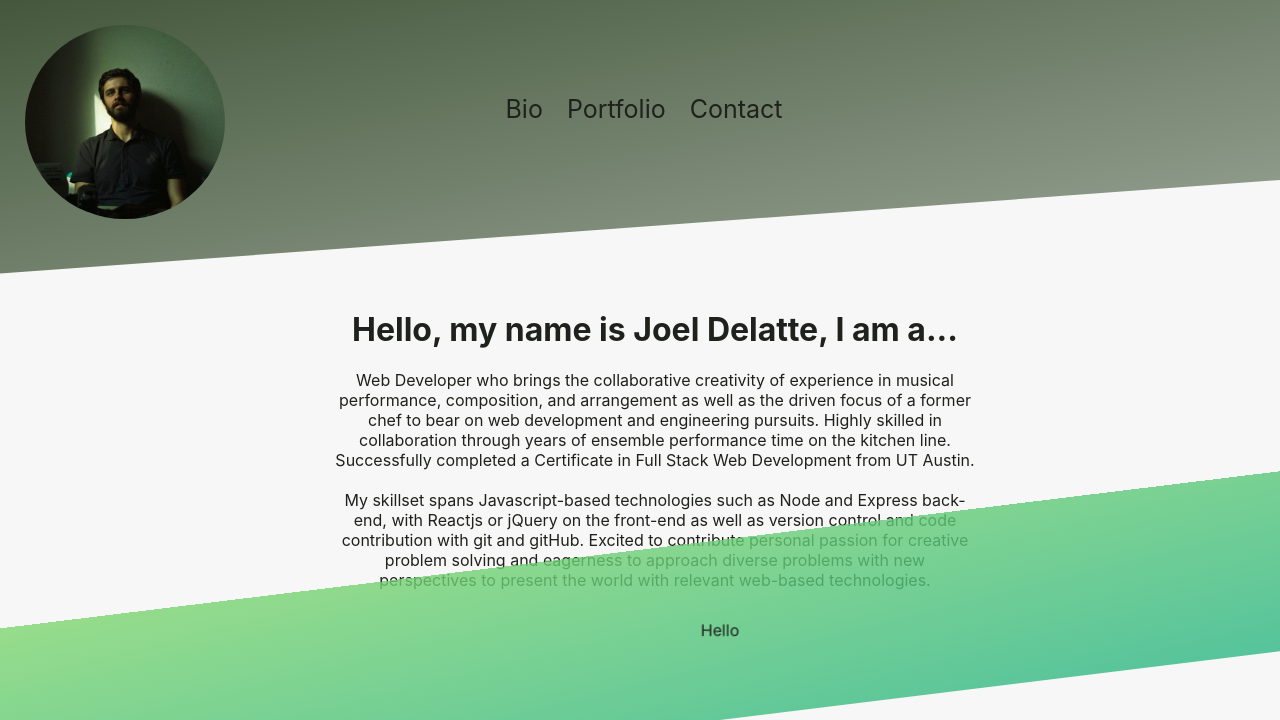
Repository: joeldelatte/react-portfolio
Page: / (app in client/)
The author's editor kept a copy of each file at every save. The page is drawn from the files as they stood at one save, then again after the next save.
The browser window is 1280 px wide. The pictures show the whole page.
The project was rebuilt for these pictures with package versions that can differ from the ones it lists, and the page was loaded fresh each time. Also part of the build but not shown: client/src/App.css, client/src/Components/Contact/Contact.js, client/src/Components/Portfolio/portfolio.css, client/src/Components/Portfolio/Portfolio.js.

Above is the page before, as saved 2020-07-08 12:12:17.

### client/public/index.html
<!doctype html>
<html lang="en">
  <head>
    <meta charset="utf-8">
    <meta name="viewport" content="width=device-width, initial-scale=1, shrink-to-fit=no">
    <meta name="theme-color" content="#000000">
    <!--
      manifest.json provides metadata used when your web app is added to the
      homescreen on Android. See https://developers.google.com/web/fundamentals/engage-and-retain/web-app-manifest/
    -->
    <link rel="manifest" href="%PUBLIC_URL%/manifest.json">
    <link rel="shortcut icon" href="%PUBLIC_URL%/favicon.ico">
    <!--
      Notice the use of %PUBLIC_URL% in the tags above.
      It will be replaced with the URL of the `public` folder during the build.
      Only files inside the `public` folder can be referenced from the HTML.

      Unlike "/favicon.ico" or "favicon.ico", "%PUBLIC_URL%/favicon.ico" will
      work correctly both with client-side routing and a non-root public URL.
      Learn how to configure a non-root public URL by running `npm run build`.
    -->
    <title>Joel Delatte</title>
  </head>
  <body>
    <noscript>
      You need to enable JavaScript to run this app.
    </noscript>
    <div id="root"></div>
    <!--
      This HTML file is a template.
      If you open it directly in the browser, you will see an empty page.

      You can add webfonts, meta tags, or analytics to this file.
      The build step will place the bundled scripts into the <body> tag.

      To begin the development, run `npm start` or `yarn start`.
      To create a production bundle, use `npm run build` or `yarn build`.
    -->
  </body>
</html>

### client/src/index.css
body {
  margin: 0;
  font-family: -apple-system, BlinkMacSystemFont, 'Segoe UI', 'Roboto', 'Oxygen',
    'Ubuntu', 'Cantarell', 'Fira Sans', 'Droid Sans', 'Helvetica Neue',
    sans-serif;
  -webkit-font-smoothing: antialiased;
  -moz-osx-font-smoothing: grayscale;
  background-color: rgb(247, 247, 247);
  color: rgb(31,33,28);
}

code {
  font-family: source-code-pro, Menlo, Monaco, Consolas, 'Courier New',
    monospace;
}

### client/src/App.js
import React from 'react';
import {BrowserRouter as Router, Route, Switch, Link} from "react-router-dom";
import './App.css';
import Bio from "./Components/Bio/Bio";
import Nav from "./Page/Nav";
import Contact from "./Components/Contact/Contact";
import Portfolio from "./Components/Portfolio/Portfolio";
import Footer from "./Page/Footer";

export default function App() {
  return (
    <>
      <Router>
        <Nav />
        <Switch>
          <Route exact path="/">
            <Bio />
          </Route>
          <Route exact path="/contact">
            <Contact />
          </Route>
          <Route exact path="/portfolio">
            <Portfolio />
          </Route>
        </Switch>
        <Footer />
      </Router>
    </>
  );
}

### client/src/Components/Bio/Bio.js
import React from "react";
import "./bio.css";

export default function Bio() {

    return (
        <div className="container">
          <div className="bio">
            <h1>Hello, my name is Joel Delatte, I am a...</h1>
            <p>Web Developer who brings the collaborative creativity of experience in musical performance, composition, and
              arrangement as well as the driven focus of a former chef to bear on web development and engineering pursuits.
              Highly skilled in collaboration through years of ensemble performance time on the kitchen line.
              Successfully completed a Certificate in Full Stack Web Development from UT Austin.
              <br></br>
              <br></br>
              My skillset spans Javascript-based technologies such as Node and Express back-end, with Reactjs or
              jQuery on the front-end as well as version control and code contribution with git and gitHub.
              Excited to contribute personal passion for creative problem solving and eagerness to approach diverse
              problems with new perspectives to present the world with relevant web-based technologies.
            </p>
          </div>
        </div>
    )
}

### client/src/Page/Nav.js
import React from "react";
import {BrowserRouter as Router, Route, Switch, Link} from "react-router-dom";
import Avatar from "./Avatar";
import "./Page.css";

function Nav () {
    return (
      <div className="header">
        <Avatar />
        <div className="nav">
          <Link to="/">Bio</Link>
          <Link to="/portfolio">Portfolio</Link>
          <Link to="/contact">Contact</Link>
        </div>
      </div>
    );
};

export default Nav;

### client/src/Page/Footer.js
import React from "react";
// import { BrowserRouter as Router, Route, Switch, Link } from "react-router-dom";
import "./Page.css";

function Footer() {
  return (
    <div className="footer">
      <footer>
          Hello
      </footer>
    </div>
  );
}

export default Footer;

### client/src/Components/Bio/bio.css
.container {
    position: relative;
}

.bio {
    max-width: 50%;
    padding: 15px;
    max-width: 50%;
    position: absolute;
    top: 40%;
    left: 25%;
    text-align: center;
}

.bio p {
    text-align: center;
}


    @media only screen and (max-width: 768px) {
        .viewContainer {
            margin-left: 110px;
        }
    }

### client/src/Page/Avatar.js
import React from "react";
import Portrait from "./images/joel_d.png"
import "./Page.css";

const styles = {
    maxWidth: 200,
    maxHeight: 200,
    borderRadius: 100,
    marginLeft: 25
};

function Avatar () {

    return (
      <div>
          <img src={Portrait} alt="avatar"  className="avatar" /> {/* style={styles} */}
      </div>
    );
};

export default Avatar;

### client/src/Page/Page.css
.header {
  height: 38vh;
  background-image: linear-gradient(to right bottom, rgba(68,88,60, 1), rgba(68,88,60, 0.501));
  /* , url("../img/hero.jpg"); */
  background-size: cover;
  background-position: top;
  position: relative;
  -webkit-clip-path: polygon(0 0, 100% 0, 100% 85%, 0 100%);
  clip-path: polygon(0 0, 100% 0, 100% 25vh, 0 100%);
  position: relative;
}

  .avatar {
    display: inline;
    max-width: 200px;
    max-height: 200px;
    border-radius: 100%;
    margin: 25px;
    }

.nav {
    position: absolute;
    top: 40%;
    left: 50%;
    transform: translate(-50%, -50%);
    text-align: center;
}

.nav a {
    padding: 6px 8px 6px 16px;
    text-decoration: none;
    font-size: 25px;
    color: rgb(31,33,28);
    display: inline;
    text-align: center;
  }

.nav a:hover {
    color: #f1f1f1;
}

.footer {
  padding: 5rem;
  background-image: linear-gradient(to right bottom, rgba(126, 213, 111, 0.801), rgba(40, 180, 133, 0.801));
  transform: skewY(-7deg);
  position: fixed;
  left: 0;
  bottom: 0;
  width: 100%;
  text-align: center;
}
  .footer > * {
    transform: skewY(7deg); }

/* @media only screen and (max-width: 768px) {
    .sideNav {
        width: 100px;
    }
    .sideNav a {
        font-size: 15px;
    }
    .avatar {
        max-width: 75px;
        max-height: 75px;
        border-radius: 100;
        margin-left: 15px;
    }
}  */

### client/src/Components/Contact/contact.css
.container {
  position: relative;
}
.contact {
    padding: 15px;
    max-width: 50%;
    position: absolute;
    top: 40%;
    left: 25%;
    text-align: center;
}

.contact a {
  padding: 6px 8px 6px 16px;
  text-decoration: underline;
  font-size: 18px;
  color: black;
  display: block;
}

.contact a:hover {
  color: #818181;
}

.email-address {
  padding: 6px 8px 6px 16px;
  font-size: 18px;
}

input[type=text], select {
    width: 100%;
    padding: 12px 20px;
    margin: 8px 0;
    display: inline-block;
    border: 1px solid #ccc;
    border-radius: 4px;
    box-sizing: border-box;
  }

  input[type=submit] {
    width: 15%;
    background-color: #4CAF50;
    color: white;
    padding: 14px 20px;
    margin: 8px 0;
    border: none;
    border-radius: 4px;
    cursor: pointer;
  }

  input[type=submit]:hover {
    background-color: #45a049;
  }

textarea {
    width: 100%;
    height: 150px;
    margin: 8px 0;
    padding: 12px 20px;
    box-sizing: border-box;
    border: 1px solid #ccc;
    border-radius: 4px;
    resize: none;
  }

  @media only screen and (max-width: 768px) {
    .contact {
      margin-left: 110px;
    }
  }

Loaded but not shown: client/src/index.js (common file); client/src/serviceWorker.js (common file)

After the next save:
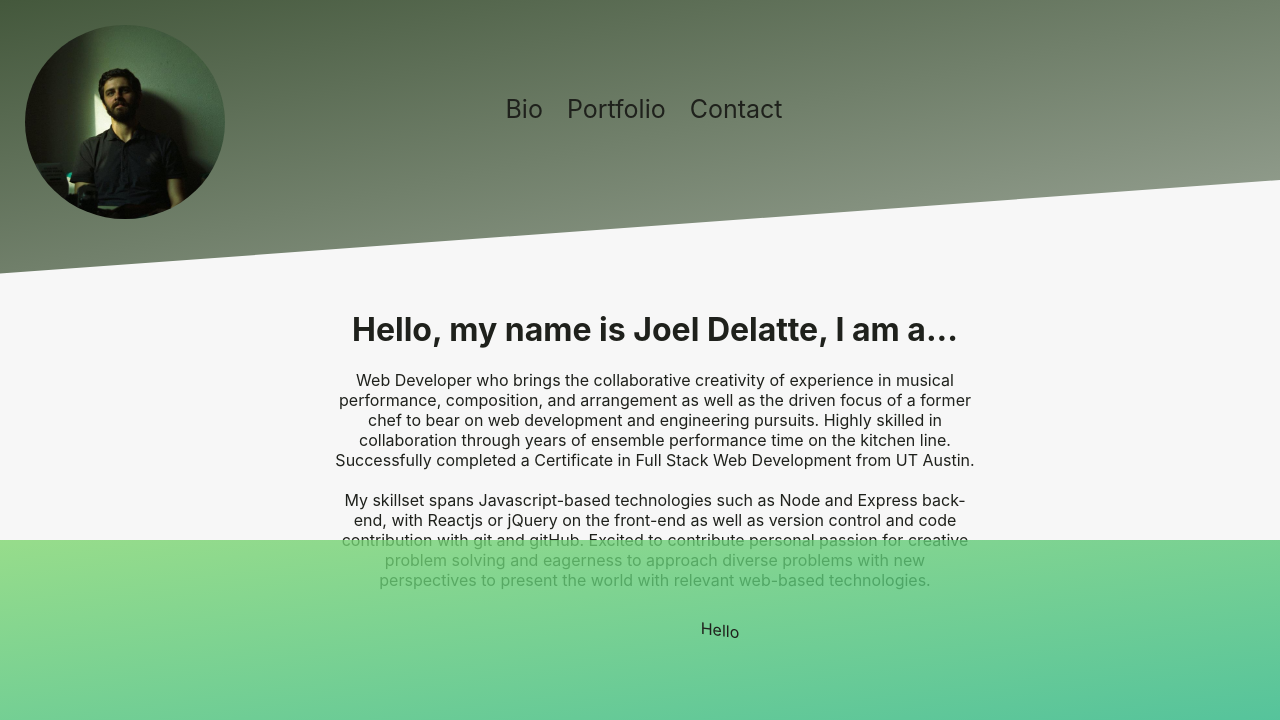
Saved 4 s later.
--- a/client/src/Page/Page.css
+++ b/client/src/Page/Page.css
@@ -42,7 +42,7 @@
 .footer {
   padding: 5rem;
   background-image: linear-gradient(to right bottom, rgba(126, 213, 111, 0.801), rgba(40, 180, 133, 0.801));
-  transform: skewY(-7deg);
+  /* transform: skewY(-7deg); */
   position: fixed;
   left: 0;
   bottom: 0;
